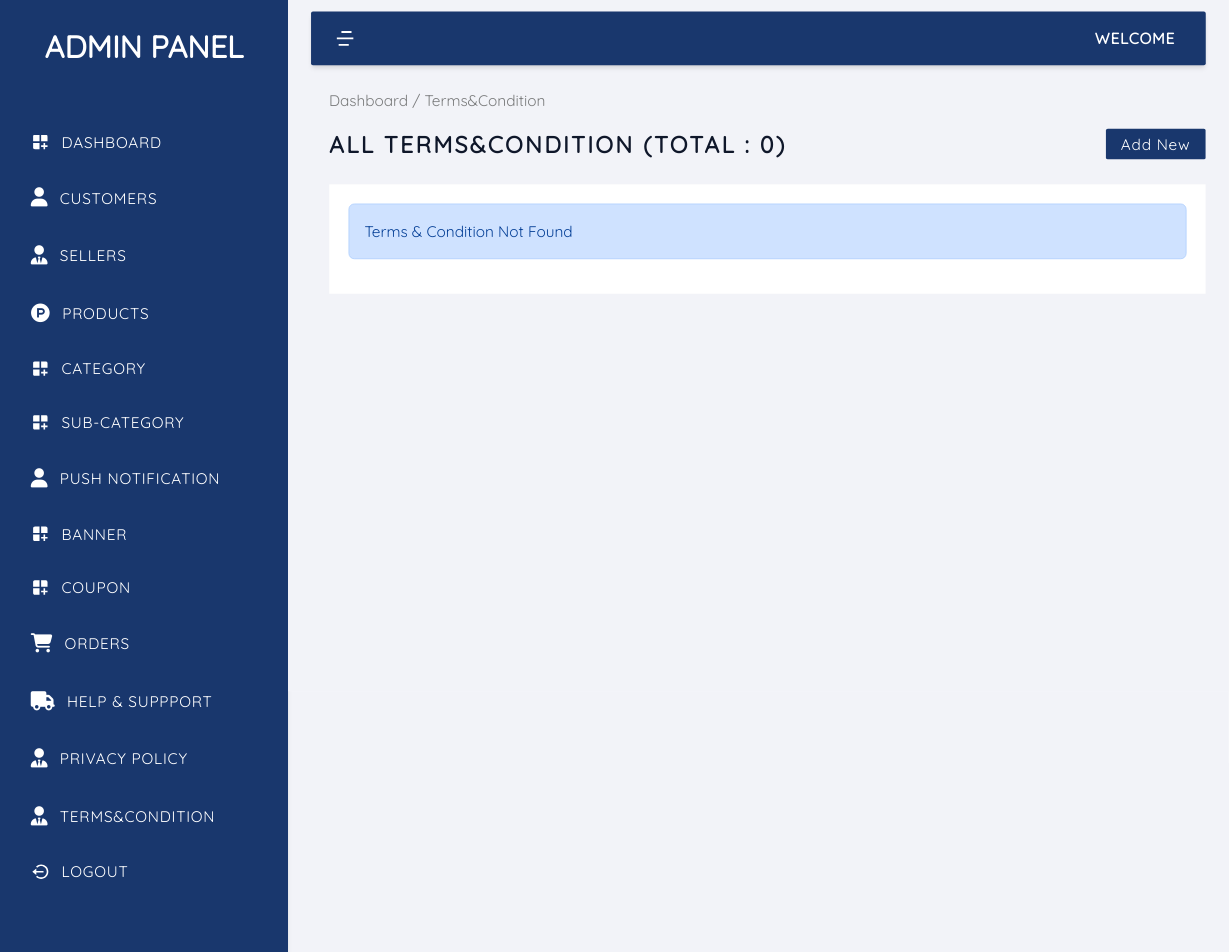
Repository: shishpal2000/admin.aschpro
Page: /terms
These files come from the project's save history. The page is drawn as it stood at one moment and after the next save; the edit follows.
The browser window is 1280 px wide. The pictures show the whole page, at 96% of full size.
Pictures or frames that could not be fetched are drawn as grey boxes. Some web libraries are served in a nearby version. The project was rebuilt for these pictures with package versions that can differ from the ones it lists, and the page was loaded fresh each time. Also part of the build but not shown: src/E-CommerceAdmin/forms/Login.jsx, src/E-CommerceAdmin/pages/Dashboard.jsx, src/E-CommerceAdmin/pages/ECategory.js, src/E-CommerceAdmin/pages/EProduct.js, src/E-CommerceAdmin/pages/EVendorList.js, src/E-CommerceAdmin/pages/EAdminOrders.js, src/E-CommerceAdmin/pages/EAdminDelivery.js, src/E-CommerceAdmin/pages/EAdminCustomer.js and 6 more. Imported but missing from the stored project, and not drawn on this page: src/E-CommerceAdmin/pages/Complaints, src/E-CommerceAdmin/pages/Component/SpinnerComp, src/E-CommerceAdmin/pages/EAdmin, src/E-CommerceAdmin/pages/EAdminProduct, src/E-CommerceAdmin/pages/ESingleProduct, src/E-CommerceAdmin/pages/GetMeThis, src/E-CommerceAdmin/pages/HelpSupport.

Above is the page before, as saved 2023-06-28 17:56:37.

### public/index.html
<!-- @format -->

<!DOCTYPE html>
<html lang="en">
  <head>
    <meta charset="utf-8" />
    <meta name="viewport" content="width=device-width, initial-scale=1" />
    <meta name="theme-color" content="#000000" />
    <meta
      name="description"
      content="Web site created using create-react-app"
    />
    <link rel="icon" href="%PUBLIC_URL%/favicon.png" />
    <link rel="manifest" href="%PUBLIC_URL%/manifest.json" />
    <link rel="preconnect" href="https://fonts.googleapis.com" />
    <link rel="preconnect" href="https://fonts.gstatic.com" crossorigin />
    <link
      href="https://fonts.googleapis.com/css2?family=Roboto+Mono:ital,wght@1,300&display=swap"
      rel="stylesheet"
    />
    <link rel="preconnect" href="https://fonts.googleapis.com">
<link rel="preconnect" href="https://fonts.gstatic.com" crossorigin>
<link href="https://fonts.googleapis.com/css2?family=Quicksand&display=swap" rel="stylesheet">
    <title>Subharambh</title>
  </head>
  <body>
    <noscript>You need to enable JavaScript to run this app.</noscript>
    <div id="root"></div>
    <script src="https://code.jquery.com/jquery-3.6.0.min.js"></script>
    <script
      src="https://kit.fontawesome.com/b533b351e4.js"
      crossorigin="anonymous"
    ></script>
    <script
      type="module"
      src="https://unpkg.com/ionicons@7.1.0/dist/ionicons/ionicons.esm.js"
    ></script>
    <script
      nomodule
      src="https://unpkg.com/ionicons@7.1.0/dist/ionicons/ionicons.js"
    ></script>
  </body>
</html>

### src/E-CommerceAdmin/pages/Terms.js
/** @format */

import React, { useEffect, useState } from "react";
import HOC from "../layout/HOC";
import { Table, Modal, Form, Button, FloatingLabel, Alert } from "react-bootstrap";
import axios from "axios";
import { toast } from "react-toastify";

const Terms = () => {
  const [modalShow, setModalShow] = React.useState(false);
  const [data, setData] = useState([]);

   // Pagination and Filter
   const [query, setQuery] = useState("");
   const [currentPage2, setCurrentPage2] = useState(1);
   const [postPerPage2] = useState(10);
   const lastPostIndex2 = currentPage2 * postPerPage2;
   const firstPostIndex2 = lastPostIndex2 - postPerPage2;

   let pages2 = [];

   const TotolData = query
     ? data?.filter(
         (i) =>
           i?.terms?.toLowerCase().includes(query?.toLowerCase())
       )
     : data;

   useEffect(() => {
     if (query) {
       setCurrentPage2(1);
     }
   }, [query]);

   const slicedData = TotolData?.slice(firstPostIndex2, lastPostIndex2);

   for (let i = 1; i <= Math.ceil(TotolData?.length / postPerPage2); i++) {
     pages2.push(i);
   }

   function Next() {
     setCurrentPage2(currentPage2 + 1);
   }

   function Prev() {
     if (currentPage2 !== 1) {
       setCurrentPage2(currentPage2 - 1);
     }
   }




  function MyVerticallyCenteredModal(props) {

    return (
      <Modal
        {...props}
        aria-labelledby="contained-modal-title-vcenter"
        centered
      >
        <Modal.Header closeButton>
          <Modal.Title id="contained-modal-title-vcenter">
            {" "}
            Add Terms & Condition
          </Modal.Title>
        </Modal.Header>
        <Modal.Body>
          <Form >
            <Form.Group className="mb-3">
              <FloatingLabel
                controlId="floatingTextarea2"
                label="Terms and Condition"
              >
                <Form.Control
                  as="textarea"
                  placeholder="Leave a comment here"
                />
              </FloatingLabel>
            </Form.Group>
            <Button
              style={{ backgroundColor: "#19376d", borderRadius: "0" }}
              type="submit"
            >
              Submit
            </Button>
          </Form>
        </Modal.Body>
      </Modal>
    );
  }



  return (
    <>
      <MyVerticallyCenteredModal
        show={modalShow}
        onHide={() => setModalShow(false)}
      />

      <section>
        <p className="headP">Dashboard / Terms&Condition</p>
        <div
          className="pb-4 sticky top-0  w-full flex justify-between items-center"
          style={{ width: "98%", marginLeft: "2%" }}
        >
          <span
            className="tracking-widest text-slate-900 font-semibold uppercase"
            style={{ fontSize: "1.5rem" }}
          >
            All Terms&Condition (Total : {data?.length})
          </span>
          <button
            onClick={() => {
              setModalShow(true);
            }}
            className="md:py-2 px-3 md:px-4 py-1 rounded-sm bg-[#19376d] text-white tracking-wider"
          >
            Add New
          </button>
        </div>

        <section className="sectionCont">
          {data?.length === 0 || !data  ?
          <Alert>Terms & Condition Not Found</Alert>

          :
          <>
              {/* Filter */}
              <div className="filterBox">
              <img
                src="https://t4.ftcdn.net/jpg/01/41/97/61/360_F_141976137_kQrdYIvfn3e0RT1EWbZOmQciOKLMgCwG.jpg"
                alt=""
              />
              <input
                type="search"
                placeholder="Start typing to search "
                onChange={(e) => setQuery(e.target.value)}
              />
            </div>
          <div className="overFlowCont">
            <Table>
              <thead>
                <tr>
                  <th>Number</th>
                  <th>Terms and Condition</th>
                  <th></th>
                </tr>
              </thead>
              <tbody>
                {slicedData?.map((i, index) => (
                  <tr key={index}>
                    <td>{index + 1}</td>
                    <td>{i.terms}</td>
                    <td>

                    </td>
                  </tr>
                ))}
              </tbody>
            </Table>
          </div>
                   {/* Pagination */}
                   <div className="pagination">
                <button onClick={() => Prev()} className="prevBtn">
                  <i className="fa-solid fa-backward"></i>
                </button>
                {currentPage2 === 1 ? (
                  ""
                ) : (
                  <button onClick={() => setCurrentPage2(1)}>1</button>
                )}

                {pages2
                  ?.slice(currentPage2 - 1, currentPage2 + 3)
                  .map((i, index) =>
                    i === pages2?.length ? (
                      ""
                    ) : (
                      <button
                        key={index}
                        onClick={() => setCurrentPage2(i)}
                        className={currentPage2 === i ? "activePage" : ""}
                      >
                        {" "}
                        {i}{" "}
                      </button>
                    )
                  )}

                <button onClick={() => setCurrentPage2(pages2?.length)} className={currentPage2 === pages2?.length ? "activePage" : ""} >
                  {" "}
                  {pages2?.length}{" "}
                </button>

                {currentPage2 === pages2?.length ? (
                  ""
                ) : (
                  <button onClick={() => Next()} className="nextBtn">
                    {" "}
                    <i className="fa-sharp fa-solid fa-forward"></i>
                  </button>
                )}
              </div>
          </>
          }


        </section>
      </section>
    </>
  );
};

export default HOC(Terms);

### src/E-CommerceAdmin/layout/HOC.jsx
/** @format */

import React, { useState } from "react";
import Navbar from "./Navbar";
import Sidebar from "./Sidebar";

const HOC = (Wcomponenet) => {
  return function Component() {
    const [hamb, setHamb] = useState(false);
    return (
      <>
        <section
          className="flex overflow-x-hidden relative "
          style={{ backgroundColor: "#f2f3f8" }}
        >
          {/* Sidebar */}
          <div
            className={
              hamb
                ? " absolute top-0 z-30 md:w-auto shadow-md bg-slate-200  w-60 transition-all md:-left-full left duration-150  h-auto overflow-y-auto  left-0 "
                : " md:w-72 z-30 bg-slate-200  shadow-md  md:static absolute top-0 -left-full   transition-all duration-150  overflow-y-auto h-auto"
            }
            style={{ minWidth: "300px" }}
          >
            <Sidebar hamb={hamb} setHamb={setHamb} />
          </div>
          {/* Components & Navbar */}
          <div
            className={
              hamb
                ? " transition-all px-4 py-2  duration-150 w-full h-screen"
                : " w-full h-screen  px-4 py-2   z-50 transition-all duration-150 "
            }
            style={{ backgroundColor: "#f2f3f8" }}
          >
            <Navbar hamb={hamb} setHamb={setHamb} />
            <div className="my-6 text-#000 h-[87%] wcomp overflow-y-auto">
              {" "}
              <Wcomponenet />
            </div>
          </div>
        </section>
      </>
    );
  };
};

export default HOC;

### src/E-CommerceAdmin/layout/Navbar.jsx
/** @format */

import { RiMenu4Line } from "react-icons/ri";

const Navbar = ({ hamb, setHamb }) => {
  const AdminName = localStorage.getItem("AdminName")
  return (
    <>
      <div
        className={
          hamb
            ? "flex  w-full justify-between  my-1 rounded-sm  p-4 py-3 shadow-md items-center  bg-slate-200 space-x-4"
            : "flex  w-full justify-between my-1 rounded-sm  p-4 py-3 shadow-md items-center  bg-slate-200 space-x-4"
        }
        style={{ backgroundColor: "#19376d" }}
      >
        <RiMenu4Line
          onClick={() => setHamb(!hamb)}
          className="text-2xl font-bold text-gray-900 hover:scale-90 cursor-pointer"
          style={{ color: "#fff" }}
        />

        <section className="flex sm:ml-auto justify-end sm:w-full items-center space-x-2  pr-2">
          <figcaption className="tracking-wider pl-1 font-semibold">
            <div
              className="lg:text-base text-sm text-gray-900  uppercase"
              style={{ color: "#fff" }}
            >
              Welcome {AdminName}
            </div>
          </figcaption>
        </section>
      </div>
    </>
  );
};

export default Navbar;

### src/E-CommerceAdmin/layout/Sidebar.jsx
/** @format */

import React from "react";
import { RiCloseLine } from "react-icons/ri";
import { Link, useNavigate } from "react-router-dom";
import { BiLogOutCircle } from "react-icons/bi";
import { MdDashboardCustomize } from "react-icons/md";

const Sidebar = ({ hamb, setHamb }) => {
  const navigate = useNavigate();

  const nav = [
    {
      icon: <MdDashboardCustomize className="text-xl mr-3 rounded-full " />,
      link: "/dashboard ",
      name: "Dashboard",
    },

    {
      icon: (
        <i className="fa-solid fa-user text-xl mr-3 rounded-full"></i>
      ),
      link: "/Customer",
      name: "Customers",
    },
    {
      icon: <i className="fa-solid fa-user-tie text-xl mr-3 rounded-full"></i>,
      link: "/VendorList",
      name: "Sellers",
    },
    {
      icon: (
    <i className="fa-brands fa-product-hunt text-xl mr-3 rounded-full"></i>
      ),
      link: "/Product",
      name: "Products",
    },
    {
      icon: <MdDashboardCustomize className="text-xl mr-3 rounded-full " />,
      link: "/Category",
      name: "Category",
    },

    {
      icon: <MdDashboardCustomize className="text-xl mr-3 rounded-full " />,
      link: "/SubCategory",
      name: "Sub-Category",
    },
    {
      icon: <i className="fa-solid fa-user text-xl mr-3 rounded-full"></i>,
      link: "/pushNotification",
      name: "Push Notification",
    },

    {
      icon: <MdDashboardCustomize className="text-xl mr-3 rounded-full " />,
      link: "/banner",
      name: "Banner",
    },
    {
      icon: <MdDashboardCustomize className="text-xl mr-3 rounded-full " />,
      link: "/coupon",
      name: "Coupon",
    },

    {
      icon: (
        <i className="fa-solid fa-cart-shopping text-xl mr-3 rounded-full"></i>
      ),
      link: "/Orders",
      name: "Orders",
    },

    {
      icon: <i className="fa-solid fa-truck  text-xl mr-3 rounded-full"></i>,
      link: "/Support",
      name: "Help & Suppport",
    },


    {
      icon: <i className="fa-solid fa-user-tie text-xl mr-3 rounded-full"></i>,
      link: "/privacy",
      name: "Privacy Policy",
    },
    {
      icon: <i className="fa-solid fa-user-tie text-xl mr-3 rounded-full"></i>,
      link: "/terms",
      name: "Terms&Condition",
    }
  ];

  const logOut = () => {
    localStorage.clear()
    navigate("/");
  };

  return (
    <>
      <aside
        className="p-4 h-auto"
        style={{ backgroundColor: "#19376d", minHeight: "100vh" }}
      >
        {/* Top */}
        <div className="w-full md:hidden relative  p-2 mb-4">
          <RiCloseLine
            onClick={() => setHamb(!hamb)}
            className="text-3xl  absolute top-2 sm:hover:rotate-[228deg] transition-transform font-bold right-2 sm:hover:text-[22px] text-[rgb(241,146,46)] cursor-pointer"
          />
        </div>{" "}
        <figure className="flex  flex-col items-center">
          <span
            className="font-bold text-[#fff]"
            style={{
              fontSize: "2rem",
              textAlign: "center",
              textTransform: "uppercase",
            }}
          >
            {" "}
            ADMIN PANEL
          </span>
        </figure>
        <nav className="py-6">
          {nav.map((nav) => {
            return (
              <Link
                to={nav.link}
                key={nav.name}
                className=""
                style={{ textDecoration: "none", textTransform: "uppercase" }}
              >
                <span
                  className="flex my-3 items-center cursor-pointer text-gray-900    tracking-wider p-2 rounded-sm"
                  style={{ color: "#FFF" }}
                >
                  {nav.icon} {nav.name}
                </span>
              </Link>
            );
          })}
          <span
            className="flex my-3 items-center cursor-pointer text-gray-900    tracking-wider p-2 rounded-sm"
            onClick={() => logOut()}
            style={{ color: "#FFF", textTransform: "uppercase" }}
          >
            <BiLogOutCircle className="text-xl mr-3 rounded-full " /> LogOut
          </span>
        </nav>
      </aside>
    </>
  );
};

export default Sidebar;

Loaded but not shown: tailwind.config.js (common file); src/App.js (69 lines, source omitted); src/index.js (15 lines, source omitted); src/index.css (534 lines, source omitted)

After the next save:
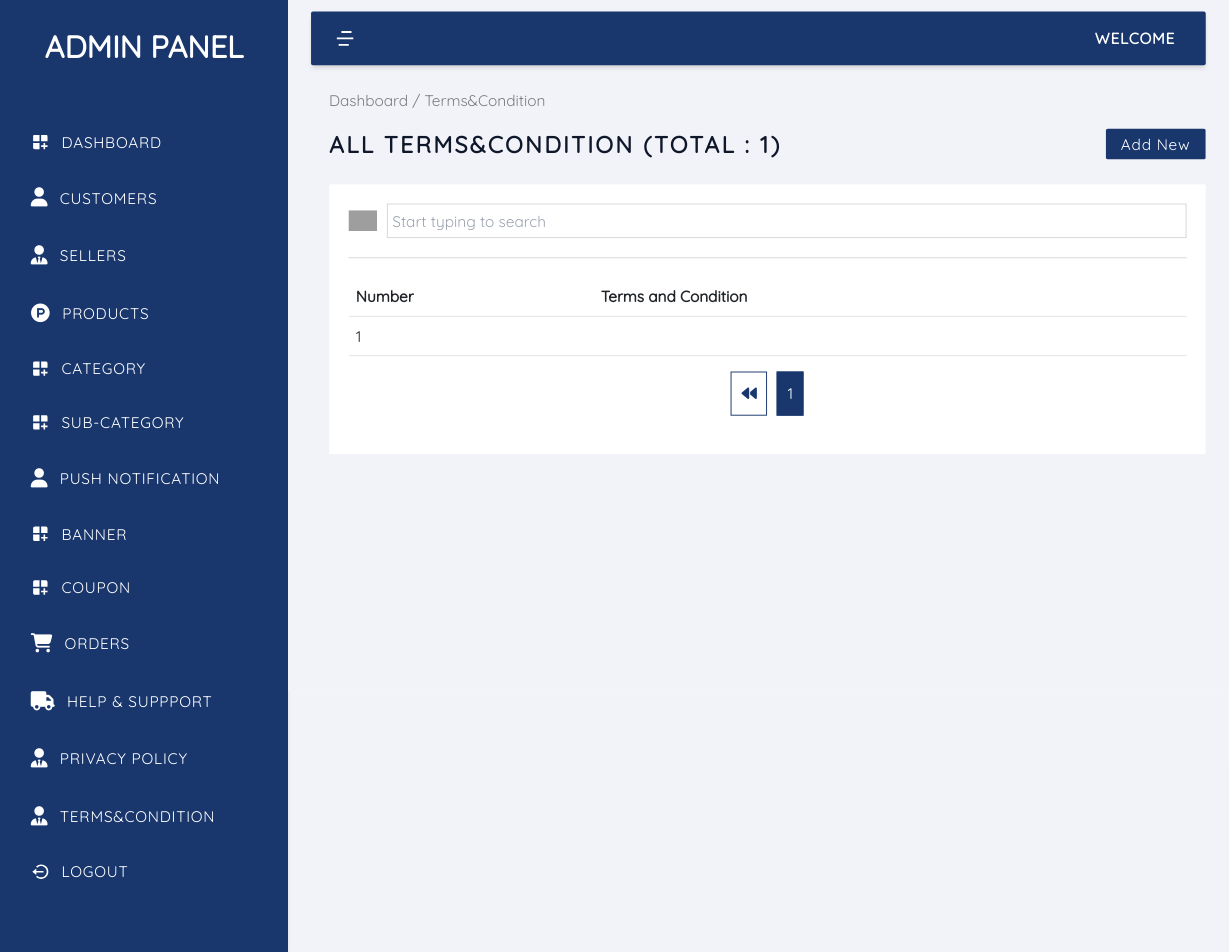
Saved 6 s later.
--- a/src/E-CommerceAdmin/pages/Terms.js
+++ b/src/E-CommerceAdmin/pages/Terms.js
@@ -8,7 +8,11 @@ import { toast } from "react-toastify";
 
 const Terms = () => {
   const [modalShow, setModalShow] = React.useState(false);
-  const [data, setData] = useState([]);
+  const data = [
+    {
+
+    }
+  ]
 
    // Pagination and Filter
    const [query, setQuery] = useState("");
